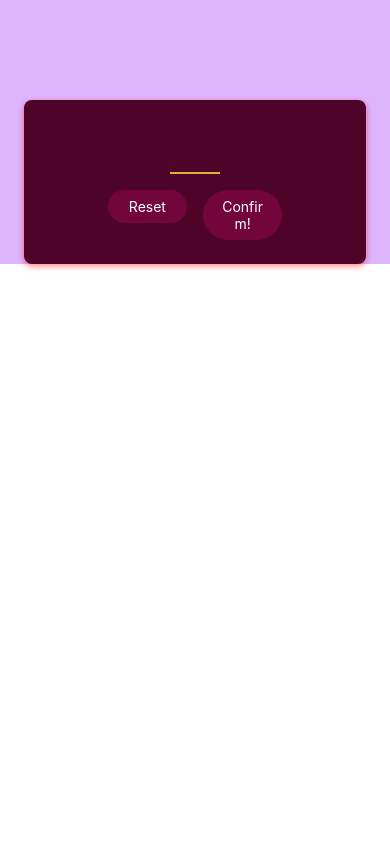
Repository: SyLe-Van/Number-Guessing-Game
Screen: /
The author's editor kept a copy of each file at every save. The screen is drawn from the files as they stood at one save, then again after the next save.
The app was drawn by React Native's web renderer in a window 390 px wide. The project was rebuilt for these pictures with package versions that can differ from the ones it lists, and the page was loaded fresh each time.

Above is the screen before, as saved 2024-02-02 20:51:13.

### App.js
import { StyleSheet, View } from "react-native";

import StartGameScreen from "./screens/StartGameScreen";
export default function App() {
  return (
    <View style={styles.rootScreen}>
      <StartGameScreen />
    </View>
  );
}

const styles = StyleSheet.create({
  rootScreen: {
    backgroundColor: "#ddb5ff",
  },
});

### screens/StartGameScreen.js
import { TextInput, View, StyleSheet } from "react-native";
import PrimaryButton from "../components/PrimaryButton";
function StartGameScreen() {
  return (
    <View style={styles.inputContainer}>
      <TextInput
        style={styles.numberInput}
        maxLength={2}
        keyboardType={"number-pad"}
        autoCapitalize="none"
        autoCorrect={false}
      />
      <View style={styles.buttonsContainer}>
        <View style={styles.buttonContainer}>
          <PrimaryButton>Reset</PrimaryButton>
        </View>
        <View style={styles.buttonContainer}>
          <PrimaryButton>Confirm!</PrimaryButton>
        </View>
      </View>
    </View>
  );
}
const styles = StyleSheet.create({
  inputContainer: {
    justifyContent: "center",
    alignItems: "center",
    padding: 16,
    marginTop: 100,
    marginHorizontal: 24,
    backgroundColor: "#4e0329",
    borderRadius: 8,
    shadowColor: "red",
    shadowOffset: { width: 0, height: 2 },
    shadowRadius: 6,
    shadowOpacity: 0.5,
  },
  numberInput: {
    height: 50,
    width: 50,
    fontSize: 30,
    borderBottomColor: "#ddb52f",
    borderBottomWidth: 2,
    color: "#ddb52f",
    marginVertical: 8,
    fontWeight: "bold",
    textAlign: "center",
  },
  buttonsContainer: {
    flexDirection: "row",
  },
  buttonContainer: {
    flex: 1,
  },
});
export default StartGameScreen;

### components/PrimaryButton.js
import { View, Text, Pressable, StyleSheet } from "react-native";

function PrimaryButton({ children }) {
  function pressHandler() {
    console.log("Pressed");
  }
  return (
    <View style={styles.buttonOuterContainer}>
      <Pressable
        onPress={pressHandler}
        style={({ pressed }) =>
          pressed
            ? [styles.buttonInnerContainer, styles.pressed]
            : styles.buttonInnerContainer
        }
      >
        <Text style={styles.buttonText}>{children}</Text>
      </Pressable>
    </View>
  );
}
const styles = StyleSheet.create({
  buttonOuterContainer: {
    borderRadius: 28,
    margin: 4,
    overflow: "hidden",
  },
  buttonInnerContainer: {
    backgroundColor: "#72063c",
    borderRadius: 25,
    paddingVertical: 8,
    paddingHorizontal: 16,
    margin: 4,
  },
  buttonText: {
    color: "white",
    textAlign: "center",
  },
  pressed: {
    opacity: 0.75,
  },
});
export default PrimaryButton;

After the next save:
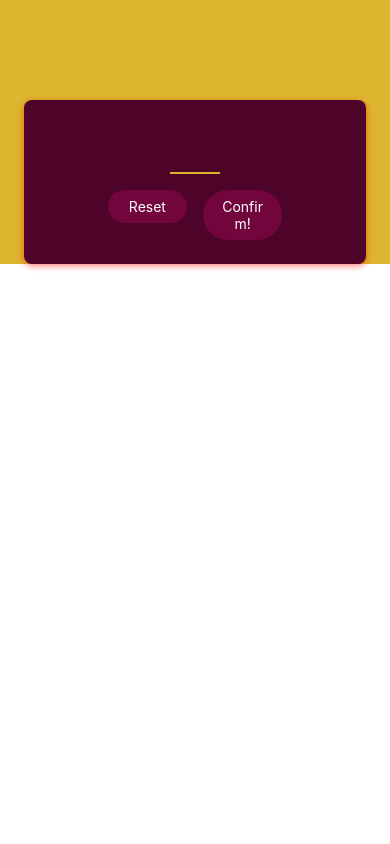
Saved 14 s later.
--- a/App.js
+++ b/App.js
@@ -11,6 +11,6 @@ export default function App() {
 
 const styles = StyleSheet.create({
   rootScreen: {
-    backgroundColor: "#ddb5ff",
+    backgroundColor: "#ddb52f",
   },
 });
